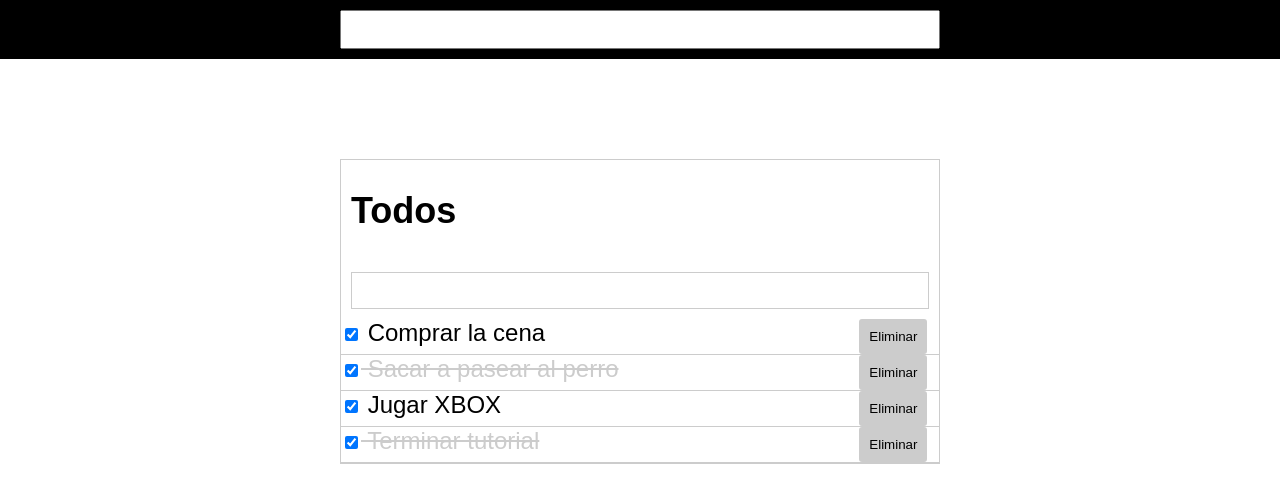
Repository: MauriVaz/Primer-app-con-Vue
Page: /
An editor plug-in stored every save of this project. The page is shown before and after the next save, followed by the edit.
The browser window is 1280 px wide. The pictures show the whole page.
The project was rebuilt for these pictures with package versions that can differ from the ones it lists, and the page was loaded fresh each time. Also part of the build but not shown: vue.config.js.

Above is the page before, as saved 2022-12-13 05:07:51.

After the next save:
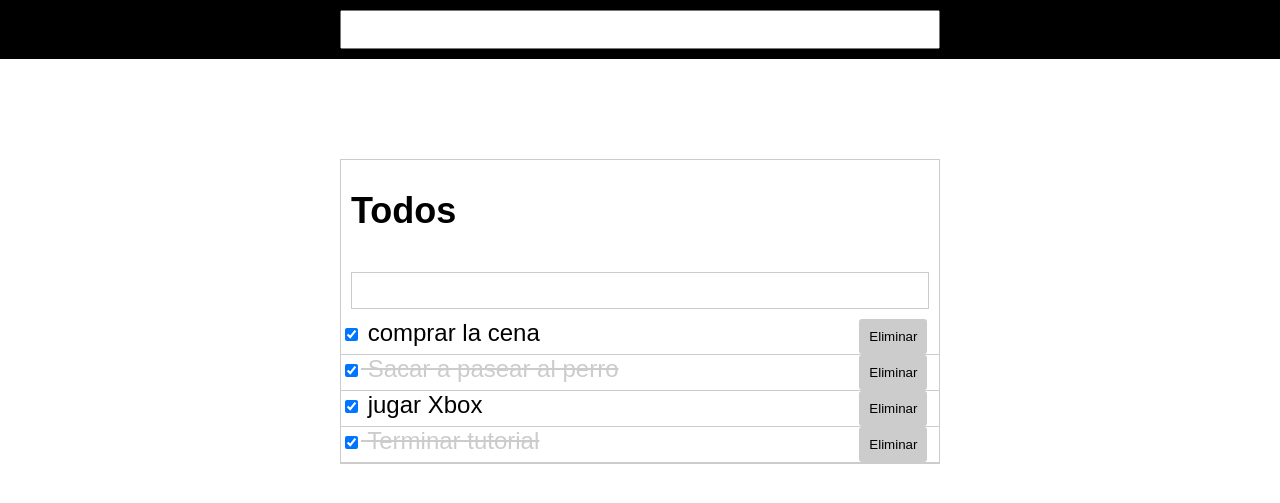
Saved 3 min 31 s later.
--- a/src/App.vue
+++ b/src/App.vue
@@ -1,97 +1,106 @@
 <template>
-  <div id="header">
-    <Search v-on:query-change="querySearch" />
-  </div>
-  <div id="main-container">
-    <h2>Todos</h2>
-    <TodoAdd v-on:add-todo="addTodo" />
-    <Todos v-bind:todoslist="copyTodos" v-on:delete-todo="deleteTodo"/>
+  <div>
+    <div id="header">
+      <Search v-on:query-change="querySearch" />
+    </div>
+
+    <div id="main-container">
+      <h2>Todos</h2>
+      <TodoAdd v-on:add-todo="addTodo"/>
+      <Todos v-bind:todoslist="copyTodos" v-on:delete-todo="deleteTodo" />
+    </div>
   </div>
 </template>
 
 <script>
-// import HelloWorld from './components/HelloWorld.vue'
-import Search from './components/Search.vue';
-import TodoAdd from "./components/TodoAdd.vue"
+//import HelloWorld from './components/HelloWorld.vue'
+import Search from './components/Search';
 import Todos from './components/Todos';
+import TodoAdd from './components/TodoAdd';
 
 export default {
   name: 'App',
   components: {
-    Todos,TodoAdd,Search,
-  },methods:{
+    Todos, TodoAdd, Search
+  },
+  methods: {
     deleteTodo(id){
-      this.todos=this.todos.filter(todo=>todo.id != id);
-      this.copyTodos=[...this.todos]
+      this.todos = this.todos.filter(todo => todo.id != id);
+      this.copyTodos = [...this.todos];
     },
     addTodo(todo){
       this.todos.push(todo);
-      this.copyTodos=[...this.todos]
-    }
-  },
-  data(){
-    return{
-      todos:[
-        {
-          id:0,
-          title:"Comprar la cena",
-          completed:false
-        },{
-          id:1,
-          title:"Sacar a pasear al perro",
-          completed:true
-        },{
-          id:2,
-          title:"Jugar XBOX",
-          completed:false
-        },
-        {
-          id:3,
-          title:"Terminar tutorial",
-          completed:true
-        }
-      ],
-      copyTodos:[]
-    }
-  },
-  created(){
-    this.copyTodos=[...this.todos]
-  },
-  querySearch(query){
+      this.copyTodos = [...this.todos];
+    },
+    querySearch(query){
       if(query.trim() === ''){
         this.copyTodos = [...this.todos];
       }else{
         const temp = this.todos.filter(todo =>{
           return todo.title.includes(query)
         });
+
         this.copyTodos = [...temp];
       }
     }
+  },
+  data(){
+    return {
+      todos: [
+        {
+          id: 0,
+          title:  'comprar la cena',
+          completed: false
+        },
+        {
+         id: 1,
+         title: 'Sacar a pasear al perro',
+         completed: true
+       },
+       {
+         id: 2,
+         title: 'jugar Xbox',
+         completed: false
+       },
+       {
+         id: 3,
+         title: 'Terminar tutorial',
+         completed: true
+       }
+      ],
+      copyTodos: []
+    }
+  },
+  created(){
+    this.copyTodos = [...this.todos];
+  }
 }
 </script>
 
 <style>
-*{
-  box-sizing: border-box;
-}
+  *{
+    box-sizing: border-box;
+  }
 
-body{
-  font-family: Arial, Helvetica, sans-serif;
-  font-size: 1.5em;
-  padding: 0;
-  margin: 0;
- }
- #main-container{
-   border: solid 1px #ccc;
-   width: 600px;
-   margin: 100px auto;
+  body{
+    font-family: Arial, Helvetica, sans-serif;
+    font-size: 1.5em;
+    padding: 0;
+    margin: 0;
   }
+
+  #main-container{
+    border: solid 1px #ccc;
+    width: 600px;
+    margin: 100px auto;
+  }
+
   #header{
-  background:black;
-  padding: 10px;
-}
-h2{
-   padding: 0 10px;
- }
+    background: black;
+    padding: 10px;
+  }
 
+  h2{
+    padding: 0 10px;
+  }
 </style>

After the save that followed:
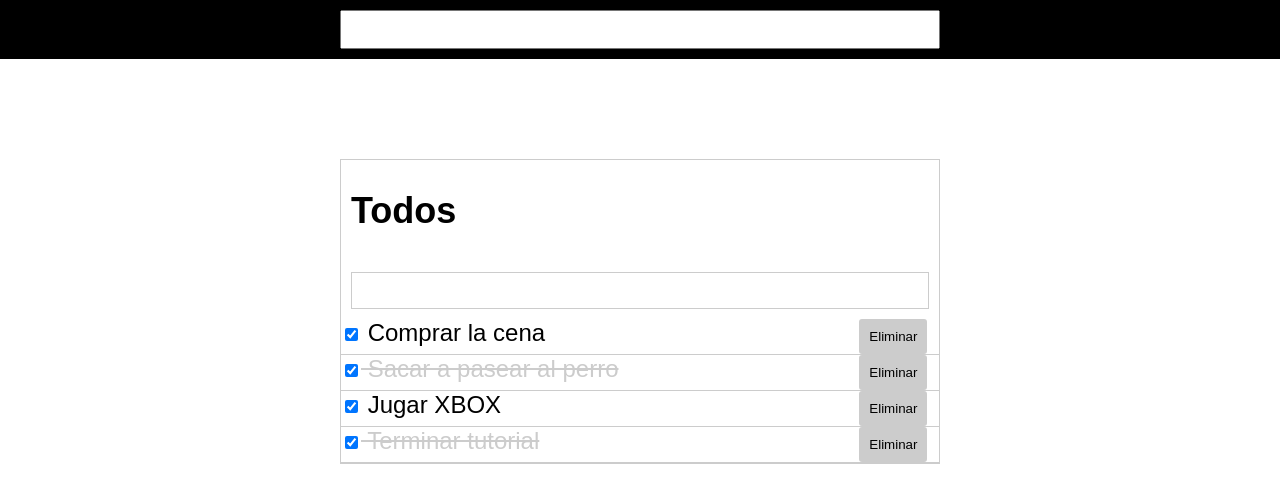
Saved 18 s later.
--- a/src/App.vue
+++ b/src/App.vue
@@ -1,106 +1,97 @@
 <template>
-  <div>
-    <div id="header">
-      <Search v-on:query-change="querySearch" />
-    </div>
-
-    <div id="main-container">
-      <h2>Todos</h2>
-      <TodoAdd v-on:add-todo="addTodo"/>
-      <Todos v-bind:todoslist="copyTodos" v-on:delete-todo="deleteTodo" />
-    </div>
+  <div id="header">
+    <Search v-on:query-change="querySearch" />
+  </div>
+  <div id="main-container">
+    <h2>Todos</h2>
+    <TodoAdd v-on:add-todo="addTodo" />
+    <Todos v-bind:todoslist="copyTodos" v-on:delete-todo="deleteTodo"/>
   </div>
 </template>
 
 <script>
-//import HelloWorld from './components/HelloWorld.vue'
-import Search from './components/Search';
+// import HelloWorld from './components/HelloWorld.vue'
+import Search from './components/Search.vue';
+import TodoAdd from "./components/TodoAdd.vue"
 import Todos from './components/Todos';
-import TodoAdd from './components/TodoAdd';
 
 export default {
   name: 'App',
   components: {
-    Todos, TodoAdd, Search
-  },
-  methods: {
+    Todos,TodoAdd,Search,
+  },methods:{
     deleteTodo(id){
-      this.todos = this.todos.filter(todo => todo.id != id);
-      this.copyTodos = [...this.todos];
+      this.todos=this.todos.filter(todo=>todo.id != id);
+      this.copyTodos=[...this.todos]
     },
     addTodo(todo){
       this.todos.push(todo);
-      this.copyTodos = [...this.todos];
-    },
-    querySearch(query){
-      if(query.trim() === ''){
-        this.copyTodos = [...this.todos];
-      }else{
-        const temp = this.todos.filter(todo =>{
-          return todo.title.includes(query)
-        });
-
-        this.copyTodos = [...temp];
-      }
+      this.copyTodos=[...this.todos]
     }
   },
   data(){
-    return {
-      todos: [
+    return{
+      todos:[
         {
-          id: 0,
-          title:  'comprar la cena',
-          completed: false
+          id:0,
+          title:"Comprar la cena",
+          completed:false
+        },{
+          id:1,
+          title:"Sacar a pasear al perro",
+          completed:true
+        },{
+          id:2,
+          title:"Jugar XBOX",
+          completed:false
         },
         {
-         id: 1,
-         title: 'Sacar a pasear al perro',
-         completed: true
-       },
-       {
-         id: 2,
-         title: 'jugar Xbox',
-         completed: false
-       },
-       {
-         id: 3,
-         title: 'Terminar tutorial',
-         completed: true
-       }
+          id:3,
+          title:"Terminar tutorial",
+          completed:true
+        }
       ],
-      copyTodos: []
+      copyTodos:[]
     }
   },
   created(){
-    this.copyTodos = [...this.todos];
+    this.copyTodos=[...this.todos]
+  },
+  querySearch(query){
+    if(query.trim()===""){
+      this.copyTodos=[...this.todos]
+    }else{
+      const temp=this.todos.filter(todo =>{
+        return todo.title.includes(query)
+      });
+      this.copyTodos=[...temp]
+    }
   }
 }
 </script>
 
 <style>
-  *{
-    box-sizing: border-box;
+*{
+  box-sizing: border-box;
+}
+
+body{
+  font-family: Arial, Helvetica, sans-serif;
+  font-size: 1.5em;
+  padding: 0;
+  margin: 0;
+ }
+ #main-container{
+   border: solid 1px #ccc;
+   width: 600px;
+   margin: 100px auto;
   }
+  #header{
+  background:black;
+  padding: 10px;
+}
+h2{
+   padding: 0 10px;
+ }
 
-  body{
-    font-family: Arial, Helvetica, sans-serif;
-    font-size: 1.5em;
-    padding: 0;
-    margin: 0;
-  }
-
-  #main-container{
-    border: solid 1px #ccc;
-    width: 600px;
-    margin: 100px auto;
-  }
-
-  #header{
-    background: black;
-    padding: 10px;
-  }
-
-  h2{
-    padding: 0 10px;
-  }
 </style>
